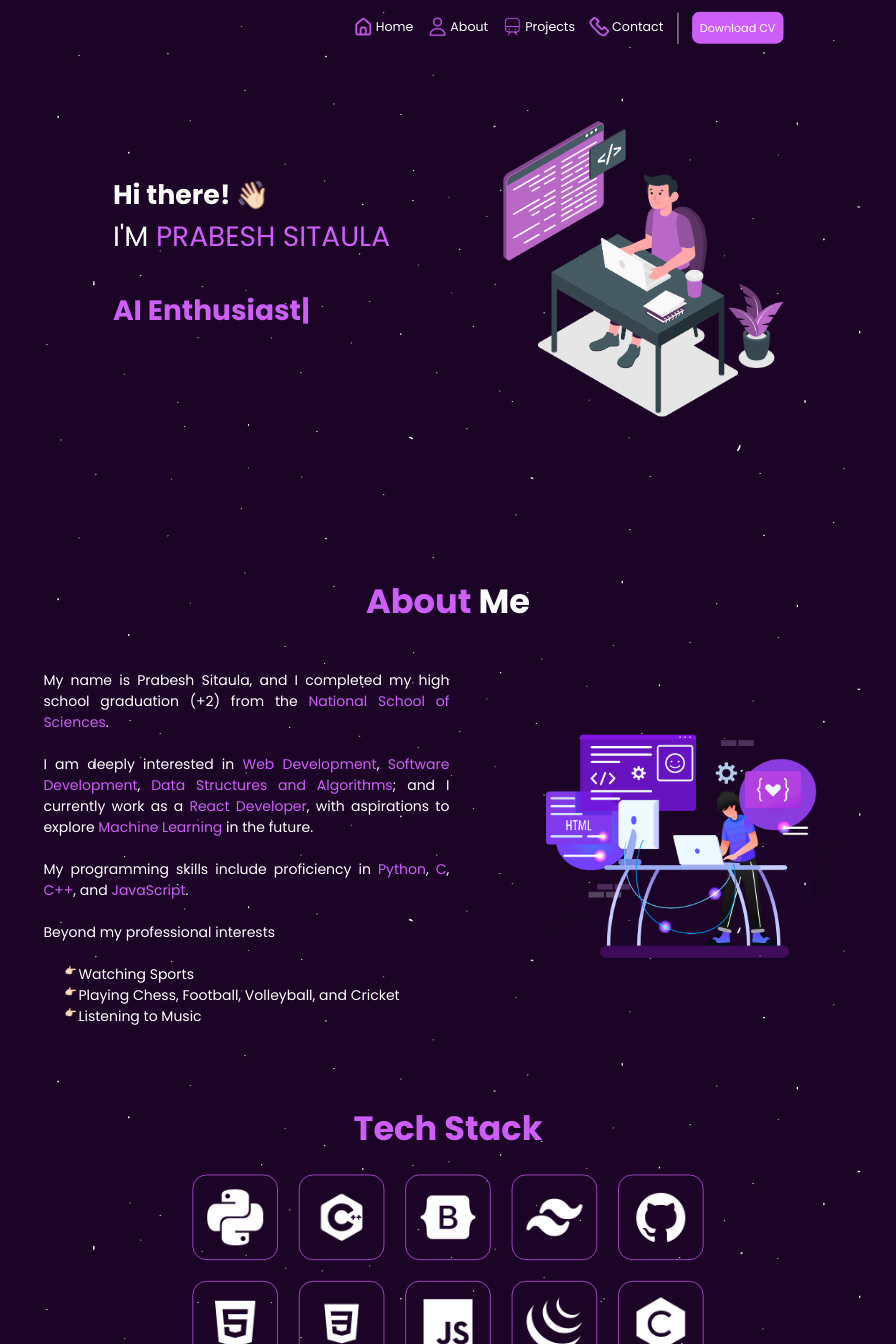
Repository: prabeshsitaula07/portfolio
Page: /
The author's editor kept a copy of each file at every save. The page is drawn from the files as they stood at one save, then again after a run of saves.
The browser window is 1280 px wide. The pictures show the part of the page from y = 0 to 1920 px (the page is 3999 px tall), at 70% of full size.
Backgrounds fixed to the window are drawn as part of the page. The project was rebuilt for these pictures with package versions that can differ from the ones it lists, and the page was loaded fresh each time. Also part of the build but not shown: src/css/button.css. Imported but missing from the stored project, and not drawn on this page: src/Components/Navbar/PrabeshSitaulaCV.pdf.

Above is the page before, as saved 2025-01-02 16:08:05.

### public/index.html
<!DOCTYPE html>
<html lang="en">
  <head>
    <meta charset="utf-8" />
    <!-- <link rel="icon" href="%PUBLIC_URL%/favicon.ico" /> -->
    <meta name="viewport" content="width=device-width, initial-scale=1" />
    <meta name="theme-color" content="#000000" />
    <meta name="description"
    content="Prabesh Sitaula is a learner. Prabesh would grab anything to accquire the knowledge. Prabesh is a passonate programmer.">
  <meta name="keywords" content="Prabesh Sitaula, Student, Sitaula, Prabesh">
  <meta name="author" content="Prabesh Sitaula">
    <link rel="apple-touch-icon" href="%PUBLIC_URL%/logo192.png" />
    <!--
      manifest.json provides metadata used when your web app is installed on a
      user's mobile device or desktop. See https://developers.google.com/web/fundamentals/web-app-manifest/
    -->
    <link rel="manifest" href="%PUBLIC_URL%/manifest.json" />
    <link rel="shortcut icon" href="logo1.png" type="image/x-icon">
    <link rel="icon" type="image/png" sizes="16x16" href="%PUBLIC_URL%/logo.png" />

    <title>Prabesh Sitaula</title>
  </head>
  <body>
    <noscript>The Website was Build Via React !</noscript>
    <div id="root"></div>

  </body>
</html>

### src/Components/Navbar/Navbar.jsx
import React, { useState, useEffect } from 'react';
import './navbar.css';
import '../../css/button.css';
// Ensure your resume is in the public folder, or provide the correct path if it is in src
import resume from './PrabeshSitaulaCV.pdf';
import navlogo from './logo2.png'

export default function Navbar() {
    const [isScrolled, setIsScrolled] = useState(false);
    const [activeNav, setActiveNav] = useState('home'); // State for tracking the active nav link

    useEffect(() => {
        const handleScroll = () => {
            if (window.scrollY > 0) {
                setIsScrolled(true);
            } else {
                setIsScrolled(false);
            }
        };

        window.addEventListener('scroll', handleScroll);

        return () => {
            window.removeEventListener('scroll', handleScroll);
        };
    }, []);

    const handleNavClick = (nav) => {
        setActiveNav(nav);
    };

    return (
        <>
            <input type="checkbox" id="toggle" className="input" />
            <nav className={`navbar ${isScrolled ? 'semi-transparent' : 'transparent'}`}>
                <div className="nav_container">
                    <div className="logo"><a href="#"><img src="" alt="" /></a></div>
                    <label htmlFor="toggle" className="navbar-toggler">
                        <span className="bar"></span>
                        <span className="bar"></span>
                        <span className="bar"></span>
                    </label>
                    <ul className="nav" id="navl">
                        <li>
                            <a href="#"
                               className={`hanimation ${activeNav === 'contact' ? 'active' : ''}`}
                               onClick={() => handleNavClick('home')}>
                                <img src="navlinkicon/home.png" alt="home" /> Home
                            </a>
                        </li>
                        <li>
                            <a href="#about"
                               className={`hanimation ${activeNav === 'contact' ? 'active' : ''}`}
                               onClick={() => handleNavClick('about')}>
                                <img src="navlinkicon/about.png" alt="about" /> About
                            </a>
                        </li>
                        <li>
                            <a href="#project"
                               className={`hanimation ${activeNav === 'contact' ? 'active' : ''}`}
                               onClick={() => handleNavClick('project')}>
                                <img src="navlinkicon/project.png" alt="project" /> Projects
                            </a>
                        </li>
                        <li>
                            <a href="#contact"
                               className={`hanimation ${activeNav === 'contact' ? 'active' : ''}`}
                               onClick={() => handleNavClick('contact')}>
                                <img src="navlinkicon/contact.png" alt="contact" /> Contact
                            </a>
                        </li>
                        <li>
                        <div className='line'>

                        </div>
                        </li>
                        <li>
                            <a href={resume}
                               className="btn download-cv-btn"
                               download="PrabeshSitaulaCV.pdf">
                                Download CV
                            </a>
                        </li>
                    </ul>
                </div>
            </nav>
            <br />
        </>
    );
}

### src/Components/Header/Header.jsx
import React from 'react';
import './header.css';
import home from './home.png';
import Typewriter from 'typewriter-effect';

export default function Header() {
  return (
    <>
      <section className="home" id="home">
        <div className="max-width">
          <div className="home-content">
          <div className="text-1">Hi there! <span className="wave">👋🏻</span></div>
            <div className="text-2">
              I'M <span className="voilet">PRABESH SITAULA</span>
            </div>
            <div className="text-3">
              <span className="typing voilet">
                <Typewriter
                  options={{
                    strings: ['React Developer', 'AI Enthusiast', 'ML Engineer To Be'],
                    autoStart: true,
                    loop: true,
                    cursor: '|',
                    delay: 75,
                    deleteSpeed: 50,
                    pauseFor: 2000,
                  }}
                />
              </span>
            </div>
          </div>
          <img src={home} alt="home" />
        </div>
      </section>
    </>
  );
}

### src/Components/About/About.jsx
import React from 'react';
import '../../css/style.css';
import './about.css'

import aboutimg from './aboutimg.png'
export default function About() {
    return (
        <>
            <div className="about" id="about">
                <h2 style={{ textAlign: "center", fontSize: "40px !important", fontWeight: "bold"}}><span className='violet'>About</span> Me</h2>
                <div className="about-section">
                    <div className="about-details">
                        <p>My name is Prabesh Sitaula, and I completed my high school graduation (+2) from the <span>National School of Sciences</span>.</p><br />

                        <p>I am deeply interested in <span>Web Development</span>, <span>Software Development</span>, <span>Data Structures and Algorithms</span>; and I currently work as a <span>React Developer</span>, with aspirations to explore <span>Machine Learning</span> in the future.</p><br />

                        <p>My programming skills include proficiency in <span>Python</span>, <span>C</span>, <span>C++</span>, and <span>JavaScript</span>.</p><br />

                        <p>Beyond my professional interests<br /><br />
                            <ul class="arrow-list listing">
                                <li>Watching Sports</li>
                                <li>Playing Chess, Football, Volleyball, and Cricket</li>
                                <li>Listening to Music</li>
                            </ul>

                        </p>
                    </div>
                    <img src={aboutimg} alt="about img" />
                </div>
            </div>
        </>
    )
}

### src/Components/Project/Project.jsx
import React from 'react'
import ProjectCard from './ProjectCard'
import projectdetails from './Projectdetails'
import './project.css'


import '../../css/style.css'

function nproject(val) {
    return (
        <ProjectCard
            key={val.id}
            link={val.link}
            image={val.image}
        />
    )
}

export default function Project() {
    return (
        <>
            <section className="project" id="project">
                <h2 align="center" style={{ textAlign: "center", fontSize: "40px !important", fontWeight: "bold"}} >Web <span className='violet'>Projects</span></h2>
                <div className="projects">
                    {projectdetails.map(nproject)}
                </div>
            </section>
        </>
    )
}

### src/Components/Footer/Footer.jsx
import React from 'react'
import '../../css/footer.css'
export default function Footer() {
    return (
        <>
            <footer className="footer">
                <div className="login">
                <a href="https://github.com/prabeshsitaula07"><img src="footer-icon/github.png" alt="github icon" /></a>
                    <a href="https://www.linkedin.com/in/prabesh-sitaula/"><img src="footer-icon/linkedin.png" alt="linkedin icon" /></a>
                    <a href="https://twitter.com/prabesh_sitaula"><img src="footer-icon/twitter.png" alt="twitter icon" /></a>
                    <a href="https://www.instagram.com/prabesh.sitaula_07"><img src="footer-icon/instagram.png" alt="instagram icon" /></a>
                </div>

                <div className="contact-flex">
                    <div className="contact-detail">
                        <h4>9848589357</h4>
                        <h4>sitaulaprabesh07@gmail.com</h4>
                        <h4>Balaju, Kathmandu</h4>
                    </div>
                    <div className="copy">
                        <h4 align="center">2024 all rights reserved &copy; |PRABESH SITAULA|</h4>
                    </div>
                </div>
            </footer>
        </>
    )
}

### src/Components/Techstack/Techstack.jsx
import React from 'react'
import './techstack.css'
export default function Techstack() {
  return (
    <>
    <section className="tech-stack">
    <h2 align="center"  style={{ textAlign: "center", fontSize: "40px !important", fontWeight: "bold"}}><span>Tech Stack</span></h2>
    <div className="tech-logo">
        <div className="icon-logo"><img src="iconlogo/python.png" alt="" /></div>
        <div className="icon-logo"><img src="iconlogo/c++.png" alt="" /></div>
        <div className="icon-logo"><img src="iconlogo/bootstrap.png" alt="" /></div>
        <div className="icon-logo"><img src="iconlogo/tailwind.png" alt="" /></div>
        <div className="icon-logo"><img src="iconlogo/github.png" alt="" /></div>
        <div className="icon-logo"><img src="iconlogo/html.png" alt="" /></div>
        <div className="icon-logo"><img src="iconlogo/css-3.png" alt="" /></div>
        <div className="icon-logo"><img src="iconlogo/js.png" alt="" /></div>
        <div className="icon-logo"><img src="iconlogo/jquery.png" alt="" /></div>
        <div className="icon-logo"><img src="iconlogo/c.png" alt="" /></div>
        <div className="icon-logo"><img src="iconlogo/react.png" alt="" /></div>
        <div className="icon-logo"><img src="iconlogo/vscode.png" alt="" /></div>
        <div className="icon-logo"><img src="iconlogo/seo.png" alt="" /></div>
        <div className="icon-logo"><img src="iconlogo/php.png" alt="" /></div>
        <div className="icon-logo"><img src="iconlogo/django.png" alt="" /></div>
        <div className="icon-logo"><img src="iconlogo/mysql.png" alt="" /></div>
        <div className="icon-logo"><img src="iconlogo/excel.png" alt="" /></div>
    </div>
    </section>
    </>
  )
}

### src/Components/Header/header.css
@import url('https://fonts.googleapis.com/css2?family=Poppins:wght@400;700&display=swap');

.home {
    display: flex;
    min-height: 100vh;
    color: #fff;
    align-items: center;
    font-family: 'Ubuntu', sans-serif;
}

.home .max-width {
    width: 100%;
    display: flex;
    justify-content: space-evenly;
}

@media(max-width: 750px) {

    .home {
        padding: 60px;
    }

    .home .max-width {
        align-items: center;
        justify-content: center;
        flex-direction: column;
    }
}

.home .max-width .row {
    margin-right: 0;
}

.home .home-content {
    display: flex;
    flex-direction: column;
    justify-content: center;
}

.home .home-content .text-1 {
    font-size: 2.4em;
    /* padding-left: 45px; */
    font-family: 'Poppins', serif;
}

.home .home-content .text-2 {
    font-size: 2.5em;
    /* padding-left: 45px; */
    font-family: 'Poppins', serif;
}

.home .home-content .text-3 {
    font-size: 40px;
    padding: 45px 45px 45px 0;
    font-family: 'Poppins', serif;
}

.home .home-content .text-3 span {
    font-weight: bold;
}

img {
    width: 400px;
}

/* CSS for the text */
.text-1 {
    font-size: 24px;
    font-weight: bold;
  }

  /* CSS for the waving emoji */
  .wave {
    display: inline-block; /* Allows for rotation */
    animation: wave 2s infinite; /* Apply animation */
    transform-origin: 70% 70%; /* Adjust the pivot point */
  }

  /* Keyframes for the waving animation */
  @keyframes wave {
    0% { transform: rotate(0deg); }    /* Start position */
    10% { transform: rotate(14deg); }  /* Wave to the right */
    20% { transform: rotate(-8deg); }  /* Wave to the left */
    30% { transform: rotate(14deg); }  /* Wave to the right */
    40% { transform: rotate(-4deg); }  /* Slight wave to the left */
    50% { transform: rotate(10deg); }  /* Slight wave to the right */
    60% { transform: rotate(0deg); }   /* Back to start position */
    100% { transform: rotate(0deg); }  /* End position */
  }

### src/Components/About/about.css
h2 {
    font-size: 3rem !important;
    margin: 30px;
    color: white;
}

p{
    font-weight: 300;
}

span{
    color: #cd5ff8;
}

/* CSS for list items with arrows */
.arrow-list li {
    list-style: none; /* Remove default bullet points */
    position: relative; /* Positioning context for the pseudo-element */
    padding-left: 20px; /* Space between arrow and text */
}

.arrow-list li::before {
    content: '👉🏻'; /* Arrow sign */
    position: absolute; /* Position it relative to the li */
    left: 0; /* Align to the left */
    color: #333; /* Change color if needed */
    font-size: 14px; /* Adjust size if needed */
}

.about{
    padding: 50px 0;
    display: flex;
    justify-content: center;
    align-items: center;
    flex-direction: column;
    min-height: 100vh;
}

.about-section{
    display: flex;
    justify-content: space-around;
    align-items: center;
}

.about-details{
    color: white;
    font-size: 1.25rem;
    padding: 30px;
    width: 50%;
    text-align: justify;
}

.listing{
    padding-left: 30px;
}

.about img{
    width: 40%;
    height: auto;
}

@media(max-width: 900px){
    .about-section{
        flex-direction: column;
        justify-content: flex-start;
    }
    .about-details{
        padding: 40px;
        padding-top: 0px;
        width: 100%;
    }

    .about img{
        width: 100%;
        height: auto;
    }
}

### src/Components/Project/ProjectCard.jsx
import React from 'react';

export default function ProjectCard(props) {
    return (
        <>
            <div className="project-container">
                <div className="project-overlay">
                    <p className="project-text">
                        <a className="project-link" href={props.link} target="_blank" rel="noopener noreferrer">Project Link</a>
                    </p>
                </div>
                <img className="project-image" src={"project-image/"+props.image} alt="Project Image" />
            </div>
        </>
    );
}

### src/Components/Project/Projectdetails.jsx
const projectdetails = [
    {
        id: 1,
        link: "https://prabeshsitaula07.github.io/Restaurant-website/",
        image: "resturant.png"
    },
    {
        id: 2,
        link: "https://nepalfurniture07.000webhostapp.com/",
        image: "furniture.png"
    },
    {
        id: 3,
        link: "https://myorganicchemistry.com.np",
        image: "chemistry.png"
    },
    {
        id: 4,
        link: "https://prabeshsitaula07.github.io/myPlant/",
        image: "myPlant.png"
    },
    {
        id: 5,
        link: "https://github.com/prabeshsitaula07/",
        image: "profile.png"
    },
    {
        id: 6,
        link: "https://github.com/prabeshsitaula07/LIBRARY-MGMT-VIA-PHP",
        image: "librarymgmtviaphp.png"
    },

    {
        id: 9,
        link: "https://www.greatnepalholidays.com/",
        image: "greatnepalholidays.png"
    }

]

export default projectdetails

### src/Components/Project/project.css
h2{
    font-size: 3rem !important;
}

### src/css/footer.css
@import url('https://fonts.googleapis.com/css2?family=Poppins:wght@400;700&display=swap');

:root {
    --text-color: #cd5ff8;
    --h4-color: #0151cc;
    --navbar-bg: #1c0426;
    --sec-clr: #fff;
    --navbar-color: #fff;
    --navbar-box-shadow: white;
    --box-color: rgb(51, 51, 51);
    --bg-color: #1c0426;
}


.footer{
    background: #0a0416;
    padding-bottom: 10px;
}

.login{
    display: flex;
    justify-content: center;
    align-items: center;
    width: 100%;
    gap: 30px;
    padding: 30px;
}

.login img{
    height: 40px;
    width: auto;
}


.copy h4 {
    font-family: Arial, Helvetica, sans-serif;
    font-weight: lighter;
    font-size: 14px;

}


.contact-detail {
    display: flex;
    justify-content: space-around;
    align-items: center;
    width: 50vw;
}

.contact-detail h4 {
    font-family: Arial, Helvetica, sans-serif;
    font-weight: lighter;
    font-size: 14px;
}

.contact-flex {
    display: flex;
    justify-content: space-evenly;
    align-items: center;
    flex-direction: row-reverse;
}

.contact-flex h4 {
    color: lightgray;
    margin: 0px;
}



@media(max-width: 945px) {
    .contact-flex {
        flex-direction: column;
    }

    .contact-detail {
        width: 100%;
    }
}

@media(max-width: 500px) {
    .contact-detail {
        flex-direction: column;
    }
}

### src/Components/Techstack/techstack.css
.tech-logo{
    display: flex;
    flex-wrap: wrap;
    justify-content: center;
    align-items: center;
    width: 60%;
    margin: auto;
    gap: 30px;
}

@media(max-width: 425px){
    .tech-logo{
        width: 90%;
    }
}
.icon-logo{
    border: 1px solid#cd5ff8;
    border-radius: 20px;
    display: flex;
    cursor: pointer;
    align-items: center;
}
.icon-logo:hover{
    box-shadow: 0 3px 5px white;
}

.tech-logo img{
    padding: 20px;
    height: 120px;
    width: auto;
}

h2{
    font-size: 40px !important;
}

### src/Components/Contact/contactMe.css
/* ContactUs.css */
h2{
  font-size: 3rem !important;
}
/* Notification styles */
.notification {
    position: fixed;
    top: 80px;
    left: 50%;
    transform: translateX(-50%);
    background-color: transparent;
    color: white;
    padding: 1rem;
    text-align: center;
    font-weight: bold;
    z-index: 10;
  }

  .c{
    padding-top: 50px;
  }
  .success {
    background-color: #38a169; /* Green */
  }

  .failure {
    background-color: #e53e3e; /* Red */
  }

  /* Title styles */
  .contact-title {
    text-align: center;
    font-size: 3rem !important;
    font-weight: bold;
  }

  /* Form styles */
  .contact-form {
    max-width: 32rem; /* Approx 512px */
    margin: 0 auto;
    padding: 1.5rem;
    background-color: transparent;
    border-radius: 0.375rem; /* rounded-lg */
    box-shadow: 0 4px 6px rgba(0, 0, 0, 0.1);
    display: flex;
    flex-direction: column;
    gap: 1.5rem; /* space between form elements */
  }

  /* Label styles */
  .form-label {
    display: block;
    font-size: 1.5rem; /* text-md */
    font-weight: 600; /* font-semibold */
    color: #cd5ff8; /* violet */
    text-align: start;
  }

  /* Input styles */
  .form-input,
  .form-textarea {
    margin-top: 0.25rem;
    width: 100%;
    padding: 0.75rem;
    border: 1px solid #d1d5db; /* border-gray-300 */
    border-radius: 0.375rem; /* rounded-md */
    box-shadow: 0 1px 2px rgba(0, 0, 0, 0.1);
    transition: border-color 0.2s, box-shadow 0.2s;
    font-family: system-ui, -apple-system, BlinkMacSystemFont, 'Segoe UI', Roboto, Oxygen, Ubuntu, Cantarell, 'Open Sans', 'Helvetica Neue', sans-serif;
  }

  .form-input:focus,
  .form-textarea:focus {
    border-color: #3b82f6; /* ring-blue-500 */
    outline: none;
    box-shadow: 0 0 0 2px rgba(59, 130, 247, 0.5); /* focus:ring-2 */
  }

  /* Textarea specific styles */
  .form-textarea {
    resize: vertical; /* Allow vertical resize */
  }

  /* Submit button styles */
  .submit-button {
    width: 100%;
    padding: 0.75rem;
    background-color: #cd5ff8; /* bg-blue-500 */
    color: white;
    font-weight: 600; /* font-semibold */
    border-radius: 0.375rem; /* rounded-md */
    box-shadow: 0 2px 4px rgba(0, 0, 0, 0.1);
    cursor: pointer;
    transition: background-color 0.2s;
  }

  .submit-button:hover {
    background-color: #be45ee; /* hover:bg-blue-600 */
  }

  .submit-button:focus {
    outline: none;
    box-shadow: 0 0 0 2px rgba(59, 130, 247, 0.5); /* focus:ring-2 */
  }

Loaded but not shown: src/index.js (common file); src/index.css (common file); src/reportWebVitals.js (common file); src/App.js (23 lines, source omitted); src/css/style.css (317 lines, source omitted); src/Components/Navbar/navbar.css (225 lines, source omitted); src/Components/Contact/ContactMe.jsx (130 lines, source omitted)

After the next 2 saves:
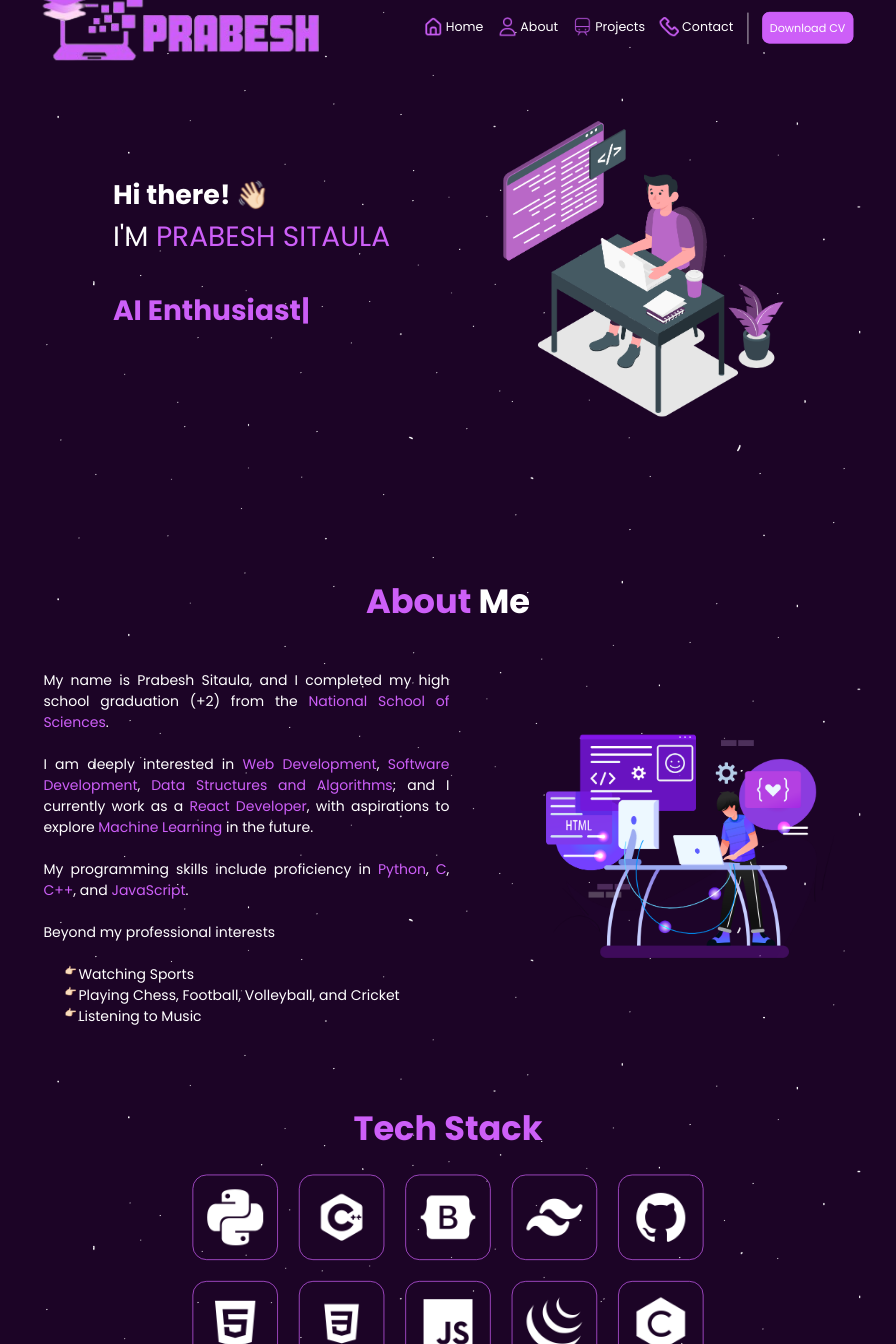
The 2 saves are shown as one change because they came seconds apart.
The last was saved 13 s later.
--- a/src/Components/Navbar/Navbar.jsx
+++ b/src/Components/Navbar/Navbar.jsx
@@ -34,7 +34,7 @@
             <input type="checkbox" id="toggle" className="input" />
             <nav className={`navbar ${isScrolled ? 'semi-transparent' : 'transparent'}`}>
                 <div className="nav_container">
-                    <div className="logo"><a href="#"><img src="" alt="" /></a></div>
+                    <div className="logo"><a href="#"><img src={navlogo} alt="" /></a></div>
                     <label htmlFor="toggle" className="navbar-toggler">
                         <span className="bar"></span>
                         <span className="bar"></span>
